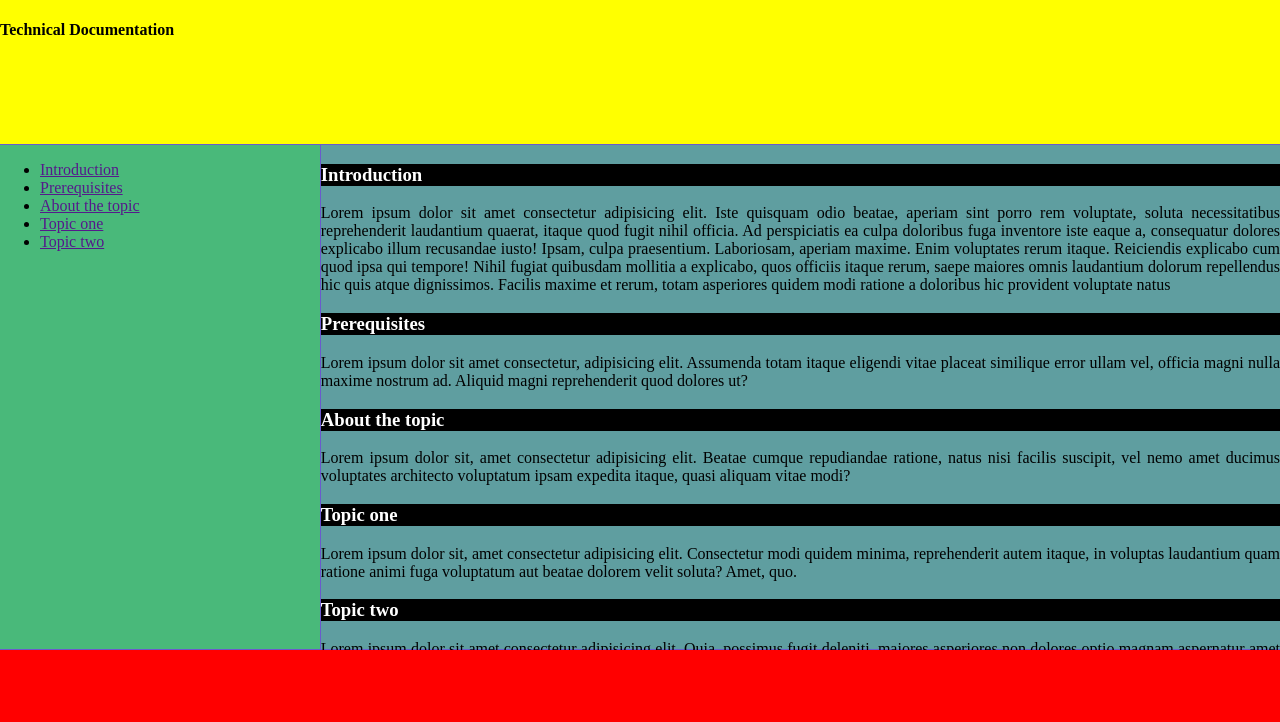
Repository: JoaoLemesDEV/Excercise-Tech-Documentation-Page
Page: index.html
An editor plug-in stored every save of this project. The page is shown before and after the next save, followed by the edit.
The browser window is 1280 px wide. The pictures show the whole page.

Above is the page before, as saved 2021-10-03 22:08:26.

### index.html
<!DOCTYPE html>
<html lang="en">
  <head>
    <meta charset="UTF-8" />
    <meta http-equiv="X-UA-Compatible" content="IE=edge" />
    <meta name="viewport" content="width=device-width, initial-scale=1.0" />
    <title>Technical Documentaion</title>
    <link rel="stylesheet" href="index.css" />
  </head>
  <body>
    <div class="wrapper">
      <header><h4>Technical Documentation</h4></header>
      <aside>
        <nav>
          <ul>
            <li><a href="">Introduction</a></li>
            <li><a href="">Prerequisites</a></li>
            <li><a href="">About the topic</a></li>
            <li><a href="">Topic one</a></li>
            <li><a href="">Topic two</a></li>
          </ul>
        </nav>
      </aside>
      <main>
        <section id="introduction">
          <h3 style="background: black; color: white">Introduction</h3>
          <p>
            Lorem ipsum dolor sit amet consectetur adipisicing elit. Iste
            quisquam odio beatae, aperiam sint porro rem voluptate, soluta
            necessitatibus reprehenderit laudantium quaerat, itaque quod fugit
            nihil officia. Ad perspiciatis ea culpa doloribus fuga inventore
            iste eaque a, consequatur dolores explicabo illum recusandae iusto!
            Ipsam, culpa praesentium. Laboriosam, aperiam maxime. Enim
            voluptates rerum itaque. Reiciendis explicabo cum quod ipsa qui
            tempore! Nihil fugiat quibusdam mollitia a explicabo, quos officiis
            itaque rerum, saepe maiores omnis laudantium dolorum repellendus hic
            quis atque dignissimos. Facilis maxime et rerum, totam asperiores
            quidem modi ratione a doloribus hic provident voluptate natus
          </p>
        </section>
        <section id="Prerequisites">
          <h3 style="background: black; color: white">Prerequisites</h3>
          <p>
            Lorem ipsum dolor sit amet consectetur, adipisicing elit. Assumenda
            totam itaque eligendi vitae placeat similique error ullam vel,
            officia magni nulla maxime nostrum ad. Aliquid magni reprehenderit
            quod dolores ut?
          </p>
        </section>
        <section id="about the topic">
          <h3 style="background: black; color: white">About the topic</h3>
          <p>
            Lorem ipsum dolor sit, amet consectetur adipisicing elit. Beatae
            cumque repudiandae ratione, natus nisi facilis suscipit, vel nemo
            amet ducimus voluptates architecto voluptatum ipsam expedita itaque,
            quasi aliquam vitae modi?
          </p>
        </section>
        <section id="topic one">
          <h3 style="background: black; color: white">Topic one</h3>
          <p>
            Lorem ipsum dolor sit, amet consectetur adipisicing elit.
            Consectetur modi quidem minima, reprehenderit autem itaque, in
            voluptas laudantium quam ratione animi fuga voluptatum aut beatae
            dolorem velit soluta? Amet, quo.
          </p>
        </section>
        <section id="topic two">
          <h3 style="background: black; color: white">Topic two</h3>
          <p>
            Lorem ipsum dolor sit amet consectetur adipisicing elit. Quia,
            possimus fugit deleniti, maiores asperiores non dolores optio magnam
            aspernatur amet dolore ipsum in quaerat assumenda neque totam sunt
            odit dolorum.
          </p>
        </section>
      </main>
      <footer></footer>
    </div>
  </body>
</html>

### index.css
html body {
  margin: 0;
  padding: 0;
  box-sizing: border-box;
  background-color: slateblue;
}
.wrapper {
  display: grid;
  grid-template-columns: 1fr 3fr;
  grid-template-rows: 20vh 70vh 10vh;
  grid-gap: 1px 1px;
  grid-template-areas: "h h" "a m" "f f";
}

header {
  background-color: yellow;
  grid-area: h;
}

aside {
  background-color: rgb(73, 185, 122);
  grid-area:a;
}

main {
  background-color: cadetblue;
  text-align: justify;
  grid-area: m;
}

footer {
  background-color: red;
  grid-area: f;
}

After the next save:
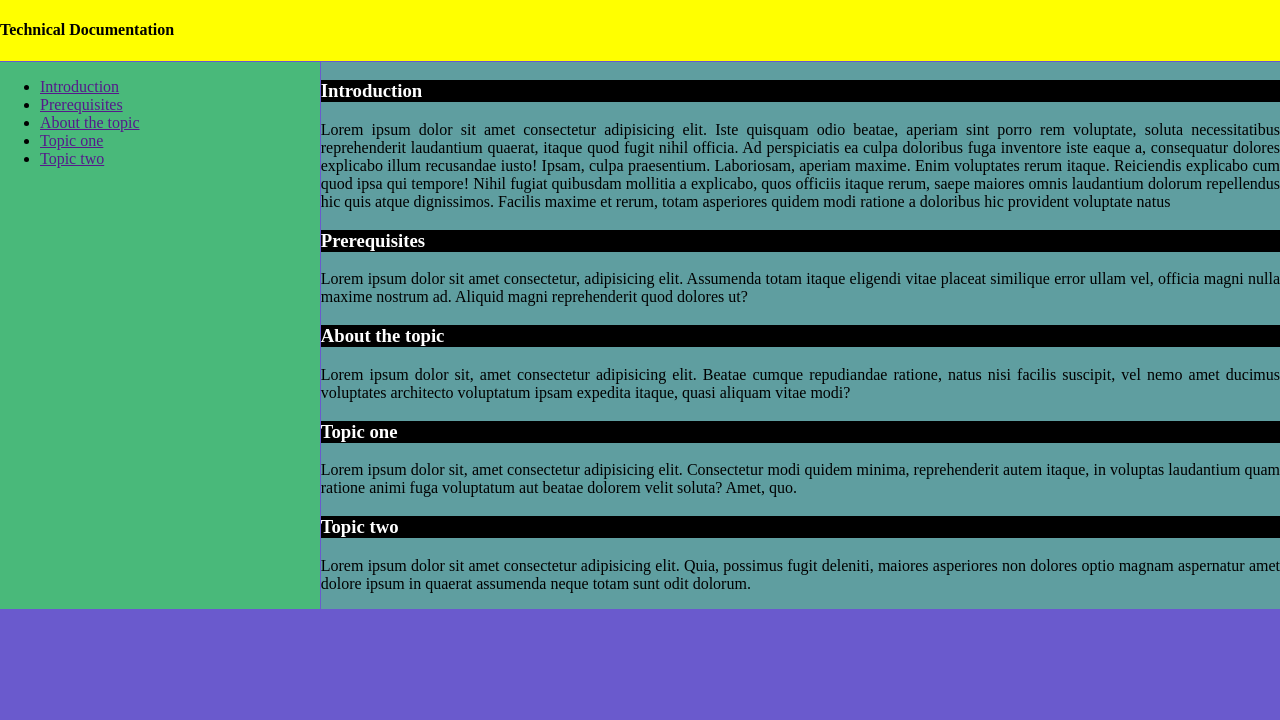
Saved 20 s later.
--- a/index.css
+++ b/index.css
@@ -7,7 +7,7 @@ html body {
 .wrapper {
   display: grid;
   grid-template-columns: 1fr 3fr;
-  grid-template-rows: 20vh 70vh 10vh;
+  grid-template-rows: //20vh 70vh 10vh;
   grid-gap: 1px 1px;
   grid-template-areas: "h h" "a m" "f f";
 }
